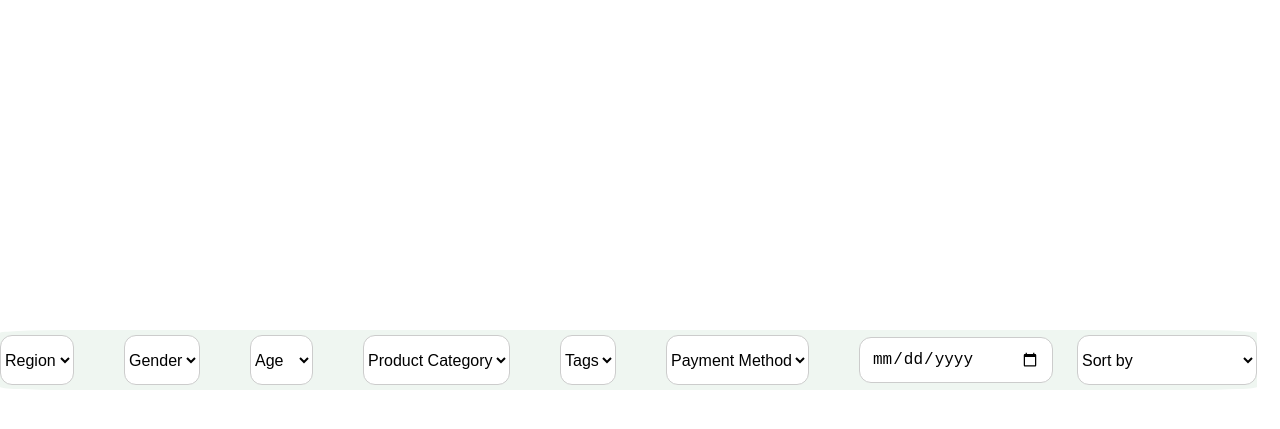
Repository: SandeepYadav18717/TruEstae
Page: / (app in TruEstae/)
An editor plug-in stored every save of this project. The page is shown before and after the next save, followed by the edit.
The browser window is 1280 px wide. The pictures show the whole page.
The project was rebuilt for these pictures with package versions that can differ from the ones it lists, and the page was loaded fresh each time. Also part of the build but not shown: TruEstae/vite.config.js, TruEstae/src/App.css, TruEstae/src/Styles/Logo.css, TruEstae/src/Pages/Logo.jsx, TruEstae/src/Styles/search_bar.css, TruEstae/src/components/search_bar.jsx.

Above is the page before, as saved 2025-12-07 01:20:03.

After the next save:
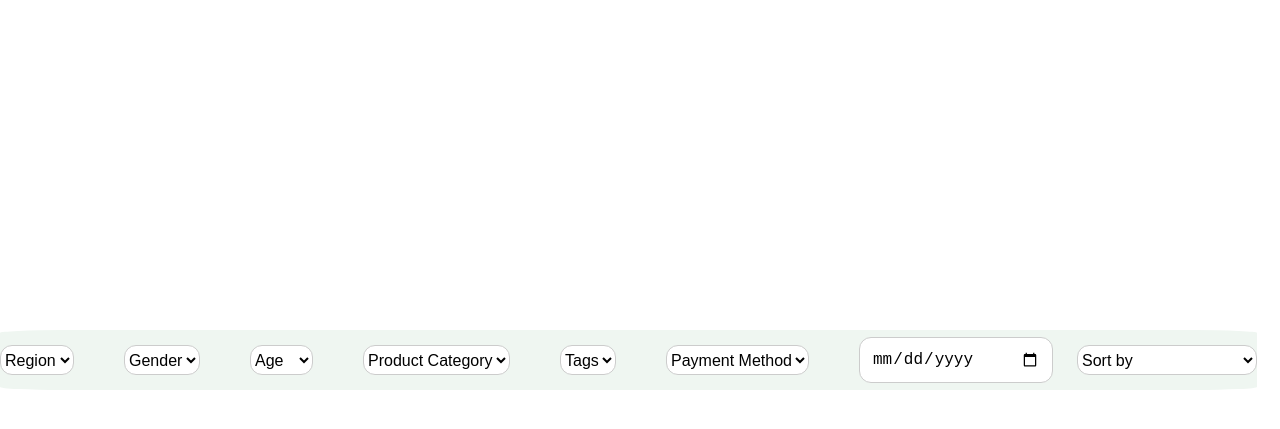
Saved 11 s later.
--- a/TruEstae/src/Styles/Home.css
+++ b/TruEstae/src/Styles/Home.css
@@ -14,7 +14,7 @@
 /* All dropdowns */
 select {
   width: 100%;
-  height: 50px;
+  height: 30px;
 
   border-radius: 12px;       /* curved corners */
   border: 1px solid #ccc;
